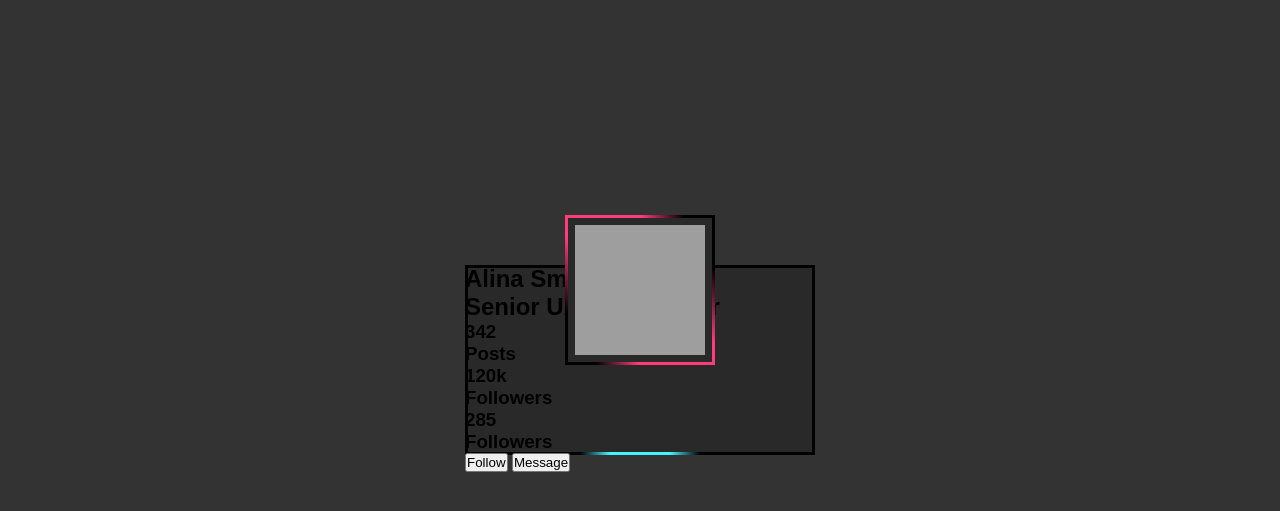
Repository: SeungYn/Javascript-study-toy
Page: profile-card/index.html
These files come from the project's save history. The page is drawn as it stood at one moment and after the next save; the edit follows.
The browser window is 1280 px wide. The pictures show the whole page.
Pictures or frames that could not be fetched are drawn as grey boxes.

Above is the page before, as saved 2023-01-12 15:50:26.

After the next save:
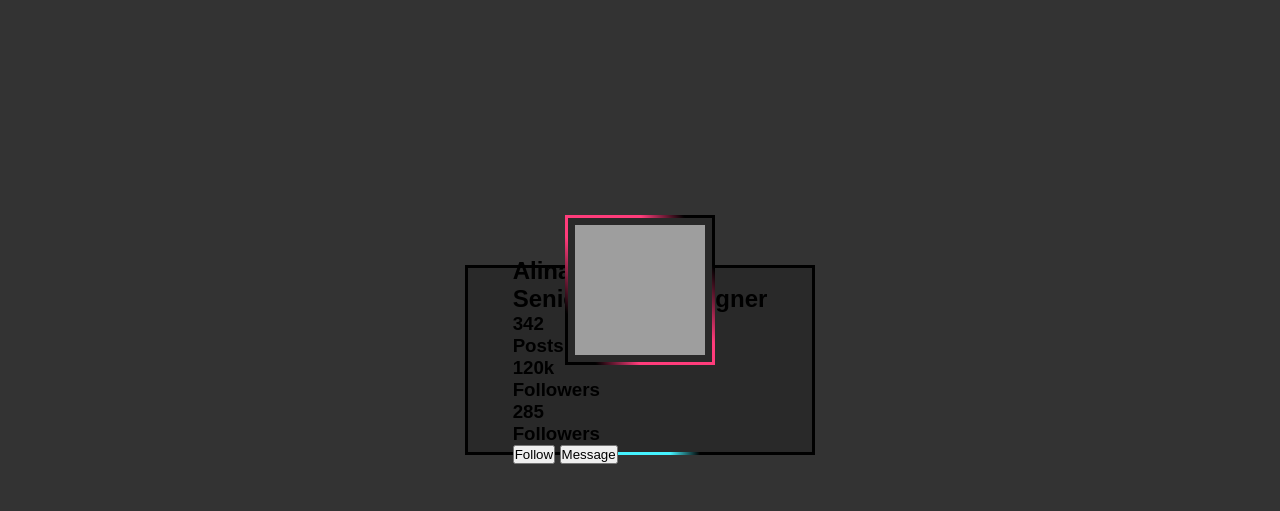
Saved 35 s later.
--- a/profile-card/style.css
+++ b/profile-card/style.css
@@ -133,4 +133,9 @@ body {
 
 .card .content {
   position: absolute;
+  width: 100%;
+  height: 100%;
+  display: flex;
+  justify-content: center;
+  align-items: center;
 }
